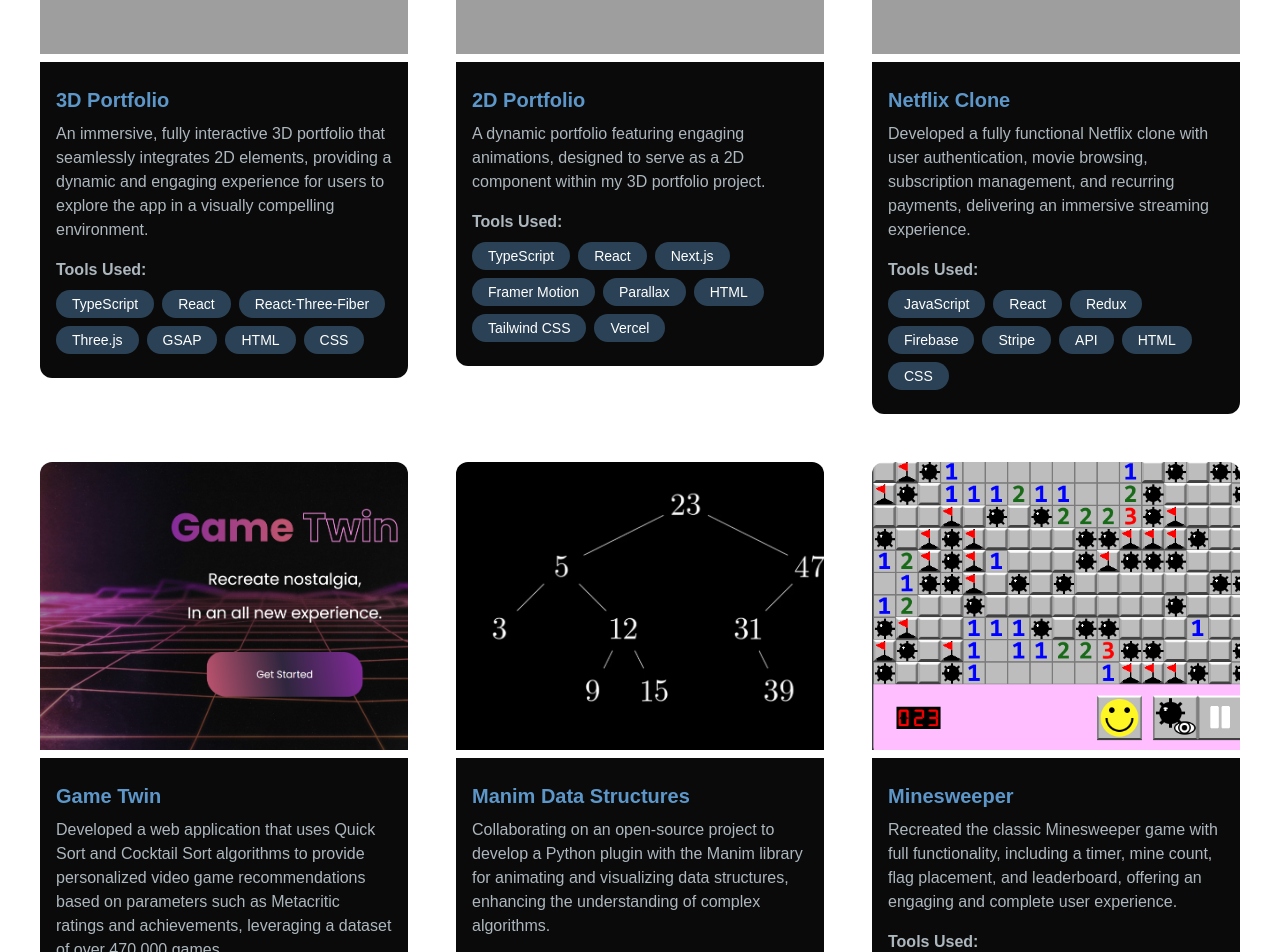
Repository: GG1627/2d-portfolio
Page: /
These files come from the project's save history. The page is drawn as it stood at one moment and after the next save; the edit follows.
The browser window is 1280 px wide. The pictures show the part of the page from y = 1730 to 2682 px (the page is 4780 px tall).
Pictures or frames that could not be fetched are drawn as grey boxes. The project was rebuilt for these pictures with package versions that can differ from the ones it lists, and the page was loaded fresh each time. The framework's server and built-in components were replaced by stand-ins that run in the browser. Also part of the build but not shown: next.config.ts.

Above is the page before, as saved 2025-01-08 10:38:16.

After the next save:
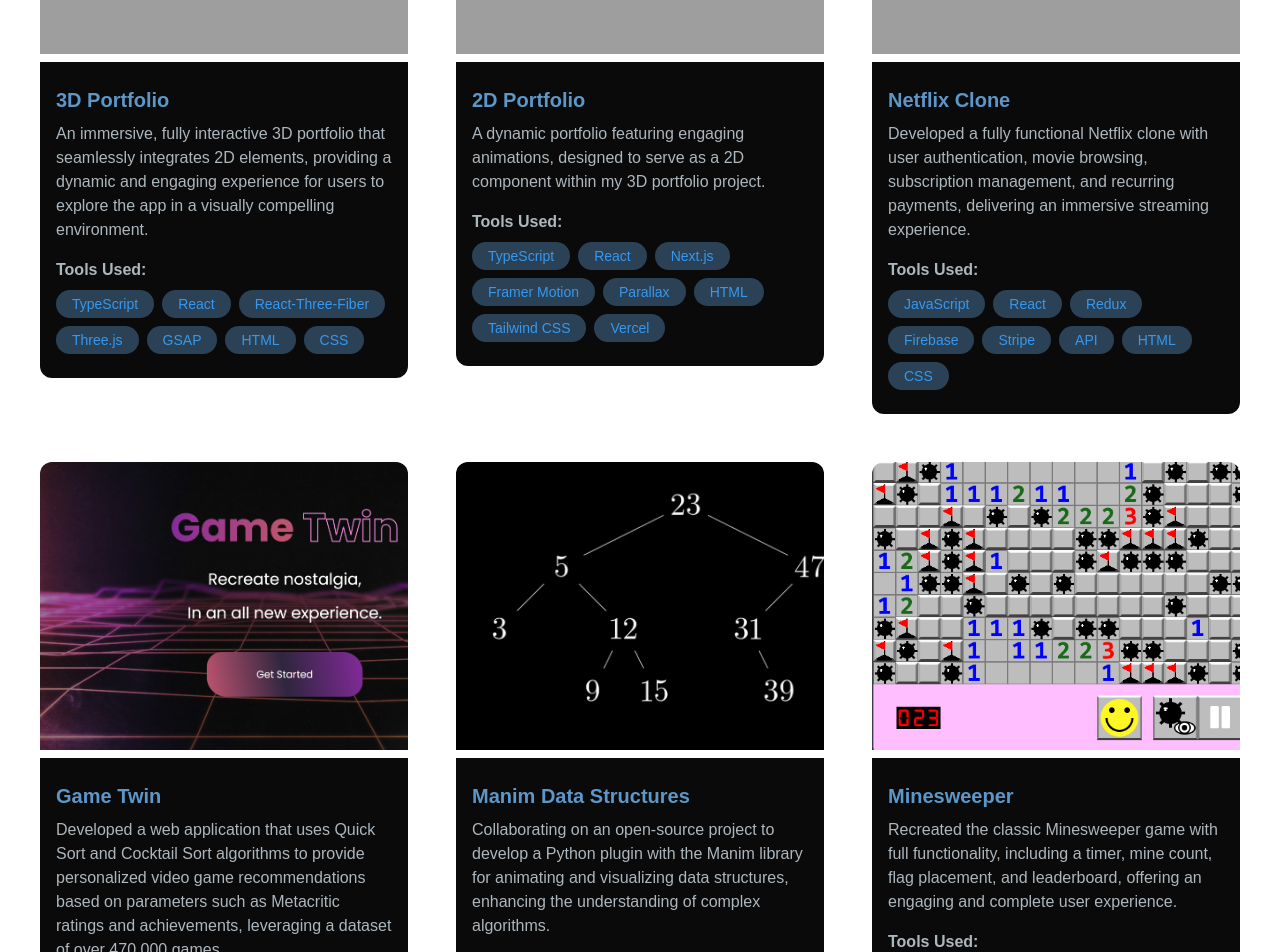
Saved 24 s later.
--- a/app/components/ProjectCard.tsx
+++ b/app/components/ProjectCard.tsx
@@ -53,7 +53,7 @@
             {tools.map((tool, index) => (
               <span
                 key={index}
-                className="bg-[#5D97C9] bg-opacity-[40%] text-[#ffffff] px-4 py-1 rounded-full text-sm"
+                className="bg-[#5D97C9] bg-opacity-[40%] text-[#3698ee] px-4 py-1 rounded-full text-sm"
               >
                 {tool}
               </span>
